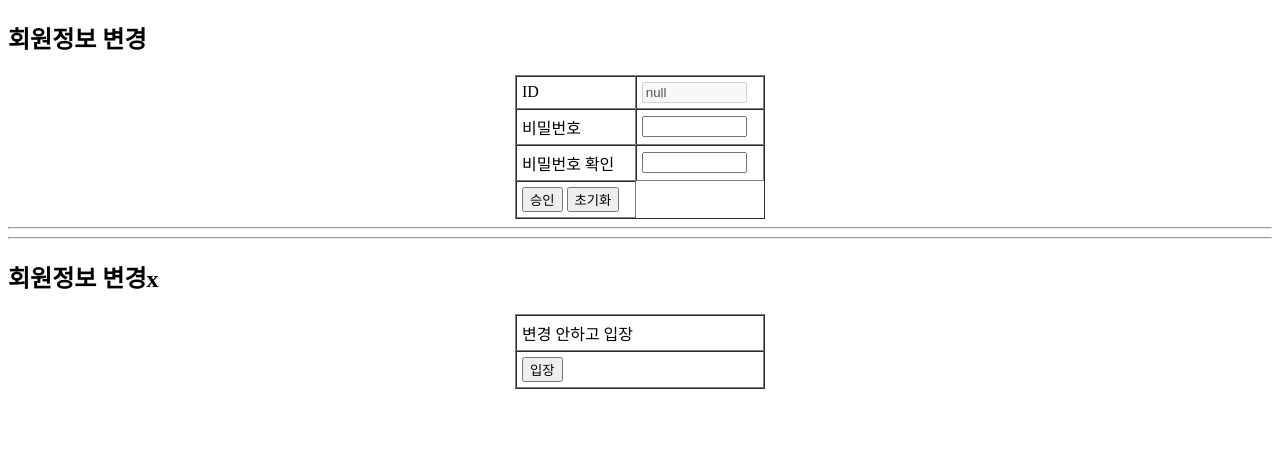
Repository: lmcoa15/Movie
Page: http://localhost/movie/user/user_login_confirm.jsp
These files come from the project's save history. The page is drawn as it stood at one moment and after the next save; the edit follows.
The browser window is 1280 px wide. The pictures show the whole page.
The page is served by Tomcat 9.

Above is the page before, as saved 2015-12-09 10:27:25.

After the next save:
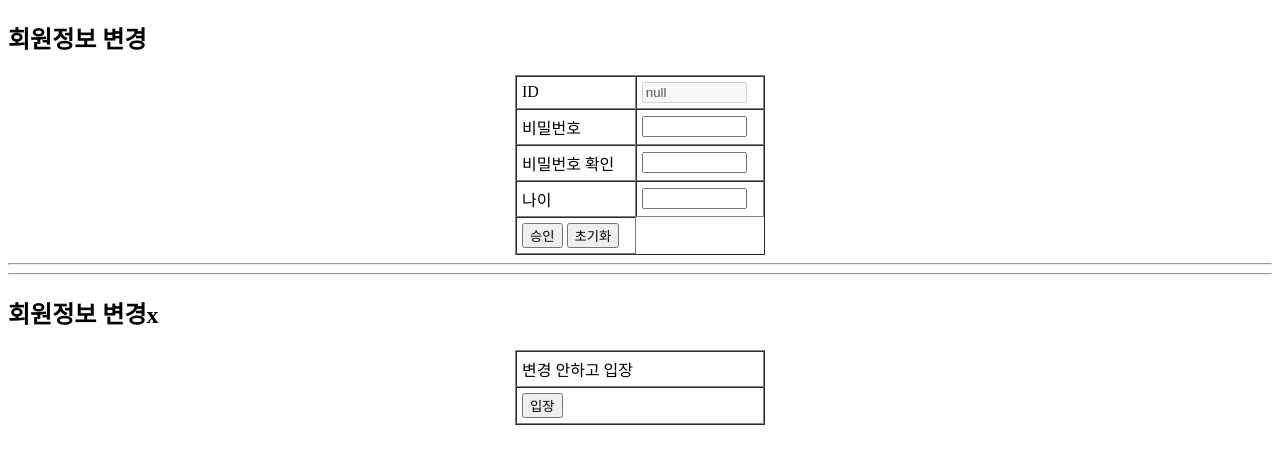
Saved 73 s later.
--- a/workspace/movie/WebContent/user/user_login_confirm.jsp
+++ b/workspace/movie/WebContent/user/user_login_confirm.jsp
@@ -41,6 +41,11 @@
 	</tr>
 
 	<tr>
+		<td>나이</td>
+		<td><input type="password" name="age_mem" size=10></td>
+	</tr>
+
+	<tr>
 		<td><input type="Submit" name="login_button" value="승인" size=1>
 			<input type="reset" name="initialization_button" value="초기화" size=1>
 		</td>
